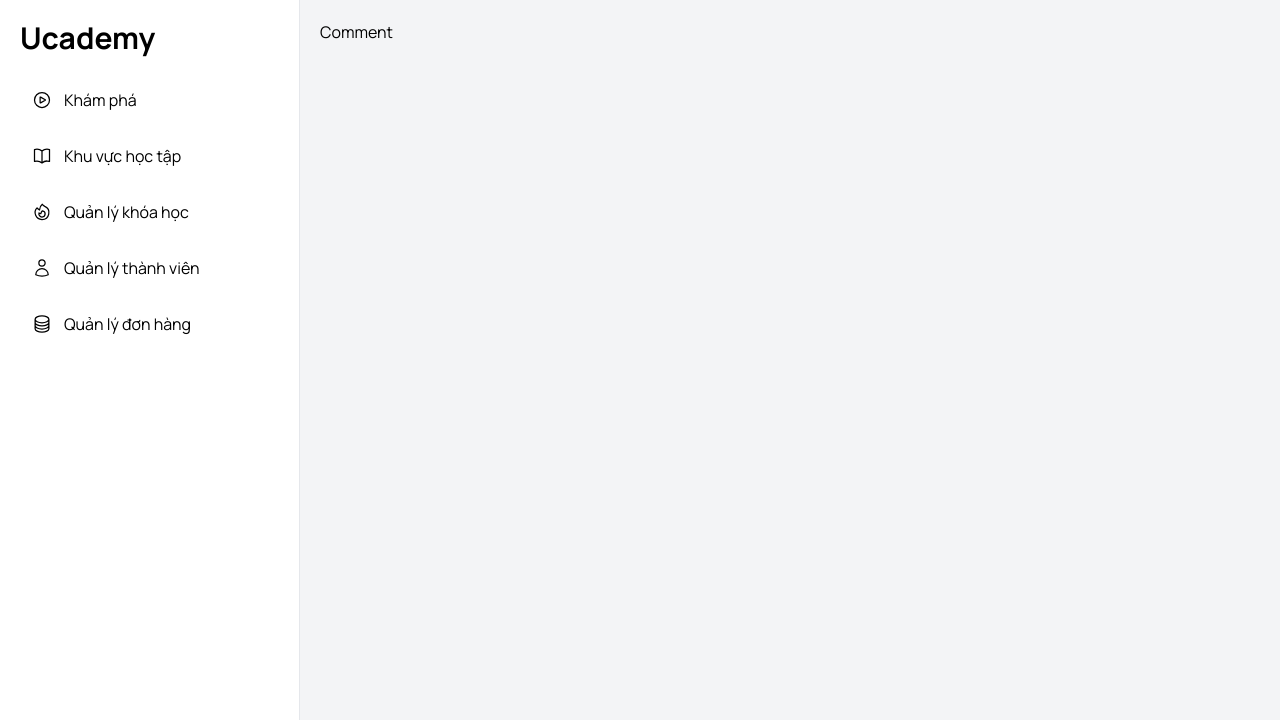
Repository: DatVoVN/E_learning
Page: /manager/comment
The author's editor kept a copy of each file at every save. The page is drawn from the files as they stood at one save, then again after the next save.
The browser window is 1280 px wide. The pictures show the whole page.
The page's requests for data from a server got no answer. The project was rebuilt for these pictures with package versions that can differ from the ones it lists, and the page was loaded fresh each time. Some packages were replaced by stand-ins written for this rebuild. The framework's server and built-in components were replaced by stand-ins that run in the browser. No one was signed in, and anything a server would have sent is missing. Also part of the build but not shown: next.config.ts, src/components/icons/IconStar.tsx, src/components/icons/IconEye.tsx, src/components/icons/IconClock.tsx, src/components/common/CourseGrid.tsx.

Above is the page before, as saved 2025-02-26 11:09:33.

After the next save:
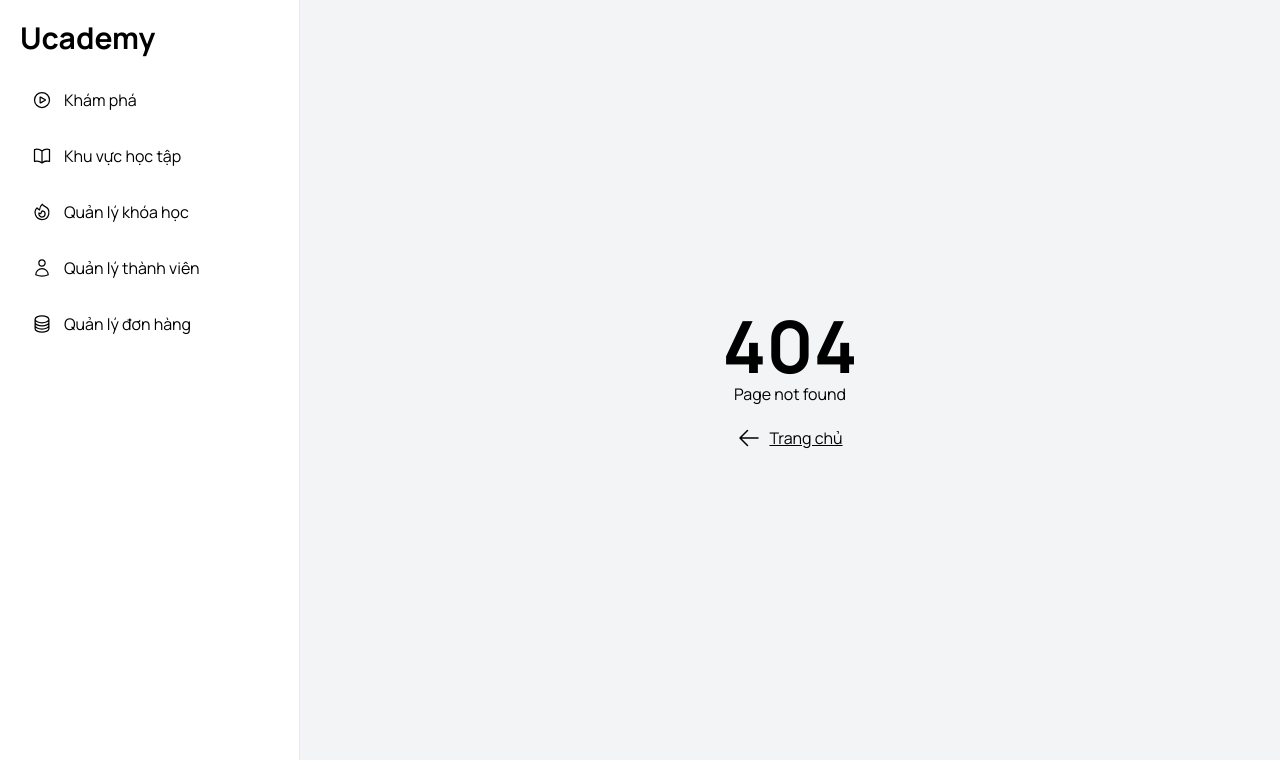
Saved 4 min 14 s later.
--- a/src/app/(dashboard)/manager/layout.tsx
+++ b/src/app/(dashboard)/manager/layout.tsx
@@ -1,6 +1,10 @@
+import PageNotFound from '@/app/not-found';
+import { auth } from '@clerk/nextjs/server';
 import React from 'react';
 
 const AdminLayout = ({ children }: { children: React.ReactNode }) => {
+  const { userId } = auth();
+  if (!userId) return <PageNotFound />;
   return <div>{children}</div>;
 };
 
